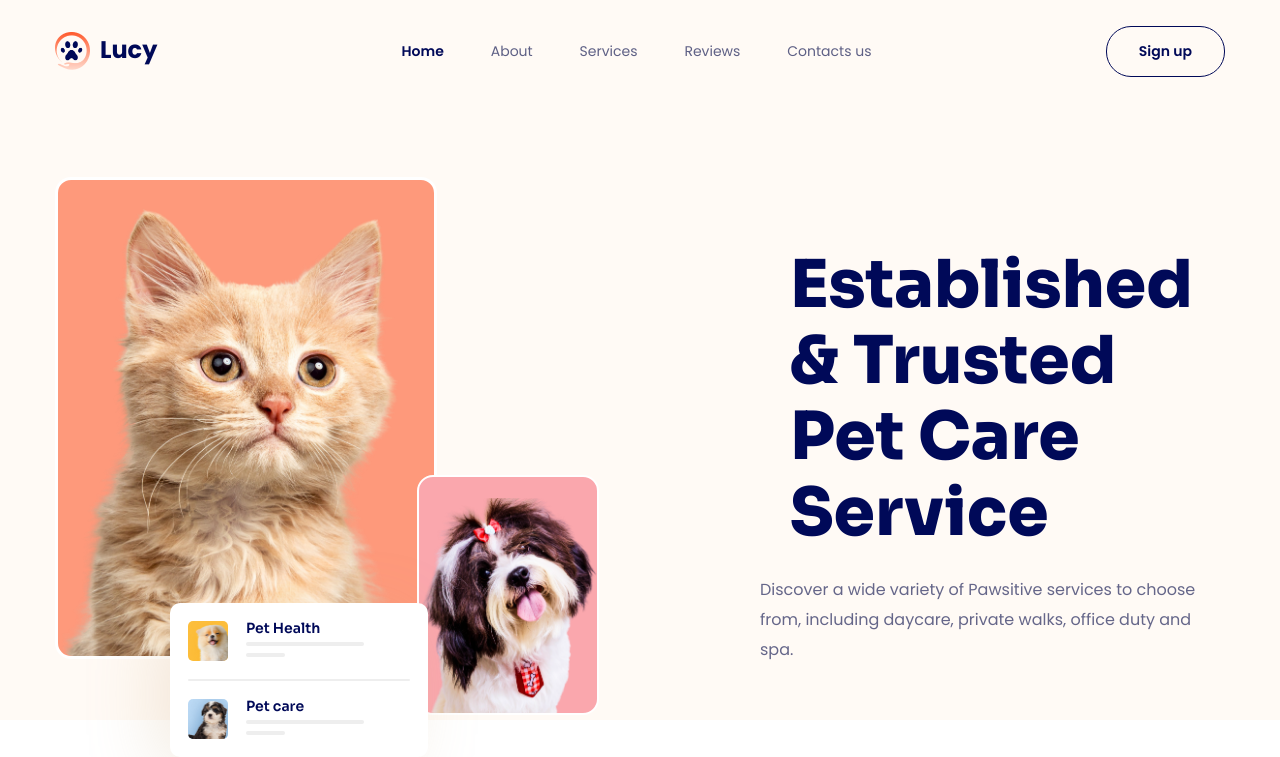
Repository: Cuongquaidan/F8projeact-04
Page: index.html
These files come from the project's save history. The page is drawn as it stood at one moment and after the next save; the edit follows.
The browser window is 1280 px wide. The pictures show the whole page.

Above is the page before, as saved 2023-04-15 09:59:05.

### index.html
<!DOCTYPE html>
<html lang="en">
    <head>
        <meta charset="UTF-8" />
        <meta http-equiv="X-UA-Compatible" content="IE=edge" />
        <meta name="viewport" content="width=device-width, initial-scale=1.0" />
        <title>F8project-4</title>
        <!-- reset css -->
        <link rel="stylesheet" href="./asset/css/reset.css" />
        <!-- font -->
        <link rel="preconnect" href="https://fonts.googleapis.com" />
        <link rel="preconnect" href="https://fonts.gstatic.com" crossorigin />
        <link
            href="https://fonts.googleapis.com/css2?family=Poppins:ital,wght@0,200;0,300;0,400;0,500;0,600;0,700;0,800;0,900;1,100;1,200;1,300;1,400;1,500;1,600;1,700;1,800;1,900&family=Sora:wght@100;200;300;400;500;600;700;800&display=swap"
            rel="stylesheet"
        />
        <!-- icon -->
        <link
            href="https://unpkg.com/boxicons@2.1.4/css/boxicons.min.css"
            rel="stylesheet"
        />

        <!-- styles -->
        <link rel="stylesheet" href="./asset/css/styles.css" />
        <link rel="stylesheet" href="./asset/css/responsive.css" />
    </head>
    <body>
        <div class="header">
            <div class="container">
                <a href="#" class="brand__link">
                    <div class="header__brand">
                        <img
                            src="./asset/img/logo.png"
                            alt="Lucy"
                            class="brand__img"
                        />
                        <span class="brand__name">Lucy</span>
                    </div>
                </a>
                <ul class="header__nav">
                    <li class="header__nav-item">
                        <a
                            href="#header"
                            class="nav-item__link nav-item--active"
                            >Home</a
                        >
                    </li>
                    <li class="header__nav-item">
                        <a href="#about" class="nav-item__link">About</a>
                    </li>
                    <li class="header__nav-item">
                        <a href="#services" class="nav-item__link">Services</a>
                    </li>
                    <li class="header__nav-item">
                        <a href="#reviews" class="nav-item__link">Reviews</a>
                    </li>
                    <li class="header__nav-item">
                        <a href="#contacts" class="nav-item__link"
                            >Contacts us</a
                        >
                    </li>
                </ul>
                <div class="header__action">
                    <button class="header__action-btn">Sign up</button>
                </div>
            </div>
            <div class="hero">
                <div class="container hero__container">
                    <div class="hero__cards">
                        <div class="cards__media">
                            <div class="cards__main-card">
                                <img src="./asset/img/pattern-1.svg" alt="pattern" class="main-card__decor">
                                <img
                                    src="./asset/img/conmeovang.png"
                                    alt="Meomeo"
                                    class="main-cards__img"
                                />
                                <img src="./asset/img/pattern-2.svg" alt="pattern" class="main-card__decor">
                            </div>
                            <div class="cards__sub-card">
                                <img
                                    src="./asset/img/conchohong.png"
                                    alt="Pets"
                                    class="sub-cards__img"
                                />
                            </div>
                        </div>
                        <div class="cards__info-card">
                            <div class="info-card__pet">
                                <div class="pet__bg-img"><img src="./asset/img/conchovang.png" alt="pets" class="pet__img"></img></div>
                                   <div class="info__inner-card">
                                    <p class="pet__title">Pet Health</p>
                                    <div class="pet__skeleton-long"></div>
                                    <div class="pet__skeleton-short"></div>
                                   </div>

                            </div>
                            <div class="seperate"></div>
                            <div class="info-card__pet">
                                <div class="pet__bg-img"> <img src="./asset/img/conchoxanh.png" alt="pets" class="pet__img"></img></div>
                                <div class="info__inner-card">
                                    <p class="pet__title">Pet care</p>
                                <div class="pet__skeleton-long"></div>
                                <div class="pet__skeleton-short"></div>
                                </div>
                            </div>
                        </div>
                    </div>
                    <section class="hero__contents">
                        <p class="hero__contents-title title">Established &
                            Trusted Pet
                            Care Service</p>
                        <p class="hero__contents-desc desc">
                            Discover a wide variety of Pawsitive services to choose from, including daycare, private walks, office duty and spa.
                        </p>
                    </section>
                </div>
            </div>
        </div>
        <script src="./app.js"></script>
    </body>
</html>

### asset/css/styles.css
* {
    box-sizing: border-box;
}
html {
    font-size: 62.5%;
}

:root {
    --primary-background-color: #fffaf5;
    --primary-font-tittle: "Sora", sans-serif;
    --primary-color: #000958;
}
body {
    font-size: 1.6rem;
    font-family: "Poppins", sans-serif;
}
/* comman */
input,
textarea,
select,
button {
    font-size: inherit;
    font-family: inherit;
}
a {
    text-decoration: none;
    color: #5e6085;
}
.container {
    width: 1170px;
    margin-left: auto;
    margin-right: auto;
    display: flex;
    text-align: center;
}
.title {
    color: var(--primary-color);
    font-family: "Sora", sans-serif;
    font-size: 5.2em;
    font-weight: 800;
    text-align: left;
}
.desc {
    font-weight: 400;
    font-size: 16px;
    line-height: 30px;
    text-align: left;
    color: #656689;
}
/* header */
.header {
    background-color: var(--primary-background-color);
    padding-top: 26px;
    height: 100vh;
    font-size: 1rem;
}

.header .container {
    justify-content: space-between;
}
.header__brand {
    display: flex;
    text-align: center;
    padding: 6px 0px;
}
.brand__img {
    width: 35px;
    height: auto;
    object-fit: cover;
}
.brand__name {
    color: var(--primary-color);
    font-size: 2.4em;
    font-weight: 700;
    padding: 6px 10px;
}
.header__nav {
    display: flex;
    width: 490px;
    justify-content: space-between;
    text-align: center;
}
.header__nav-item {
    padding: 18px 10px;
    font-size: 1.4em;
    color: #5e6085;
}
.nav-item--active {
    font-weight: 600;
    color: var(--primary-color);
}
.header__action-btn {
    font-size: 1.4em;
    font-weight: 600;
    padding: 14px 32px;
    border: 1px solid var(--primary-color);
    color: var(--primary-color);
    background-color: var(--primary-background-color);
    border-radius: 25px;
}
/* hero */
.hero {
    margin-top: 100px;
    font-size: 1rem;
}
.hero__container {
    display: grid;
    grid-template-columns: repeat(2, 1fr);
}
.hero__cards {
    position: relative;
}
.cards__media {
    display: flex;
    align-items: end;
}

.cards__main-card {
    position: relative;
    width: 382px;
    height: 482px;
    background-color: #fe997b;
    border: 3px solid white;
    border-radius: 16px;
}
.main-cards__img {
    position: absolute;
    bottom: 0;
    left: 0;
    max-width: 100%;
    border-radius: 16px;
}
.main-card__decor {
    position: absolute;
    z-index: -1;
    top: 17px;
    right: -35px;
}
.main-card__decor:nth-child(3) {
    position: absolute;
    top: auto;
    right: auto;
    bottom: 10px;
    left: -58px;
}

.cards__sub-card {
    position: relative;
    margin-left: -20px;
    transform: translateY(56px);
    width: 182px;
    height: 240px;
    background-color: #faa7ad;
    border: 2px solid white;
    border-radius: 16px;
}
.sub-cards__img {
    position: absolute;
    bottom: 0;
    left: 0;
    max-width: 100%;
    border-radius: 16px;
}
.cards__info-card {
    position: absolute;
    top: 426px;
    right: 212px;
    background-color: white;
    box-shadow: -17px 14px 68px -4px rgba(207, 174, 132, 0.25);
    border-radius: 10px;
}

.info-card__pet {
    display: flex;
}
.seperate {
    width: 222px;
    margin-left: 18px;
    margin-right: 18px;
    background-color: #eee;
    height: 2px;
    border-radius: 1px;
}
.pet__bg-img {
    background-color: #fdbf3d;
    margin: 18px;
    width: 40px;
    height: 40px;
    border-radius: 5px;
}
.info-card__pet:nth-child(3) .pet__bg-img {
    background-color: #bcdaf5;
}
.pet__img {
    width: 100%;
    border-radius: 5px;
}
.info__inner-card {
    margin-top: 18px;
    display: flex;
    flex-direction: column;
    align-items: start;
}
.pet__title {
    color: var(--primary-color);
    font-family: "Sora", sans-serif;
    font-size: 1.4em;
    font-weight: 600;
}
.pet__skeleton-long {
    margin-top: 7px;
    margin-bottom: 7px;
    background-color: #eee;
    border-radius: 3px;
    width: 118px;
    height: 4px;
}
.pet__skeleton-short {
    background-color: #eee;
    border-radius: 3px;
    width: 39px;
    height: 4px;
}
.hero__contents {
    padding-top: 70px;
    padding-left: 120px;
}
.hero__contents-title {
    font-size: 6.6rem;
    line-height: 76px;
    margin-bottom: 24px;
    margin-left: 30px;
}

Loaded but not shown: asset/css/reset.css (common file); app.js (no copy from this time; the picture is the same without it); asset/css/responsive.css (no stored copy; drawn as an empty file)

After the next save:
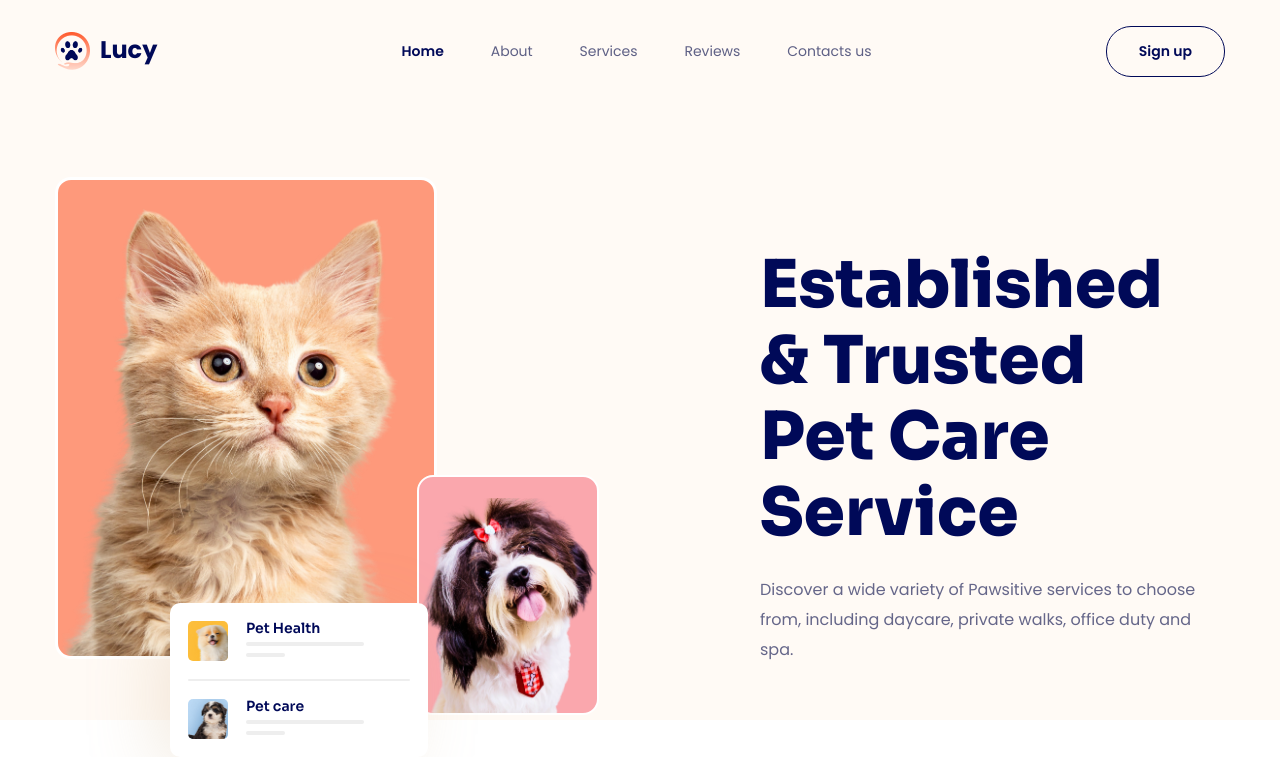
Saved 12 s later.
--- a/asset/css/styles.css
+++ b/asset/css/styles.css
@@ -229,5 +229,5 @@ a {
     font-size: 6.6rem;
     line-height: 76px;
     margin-bottom: 24px;
-    margin-left: 30px;
-}
+    margin-right: 30px;
+}
